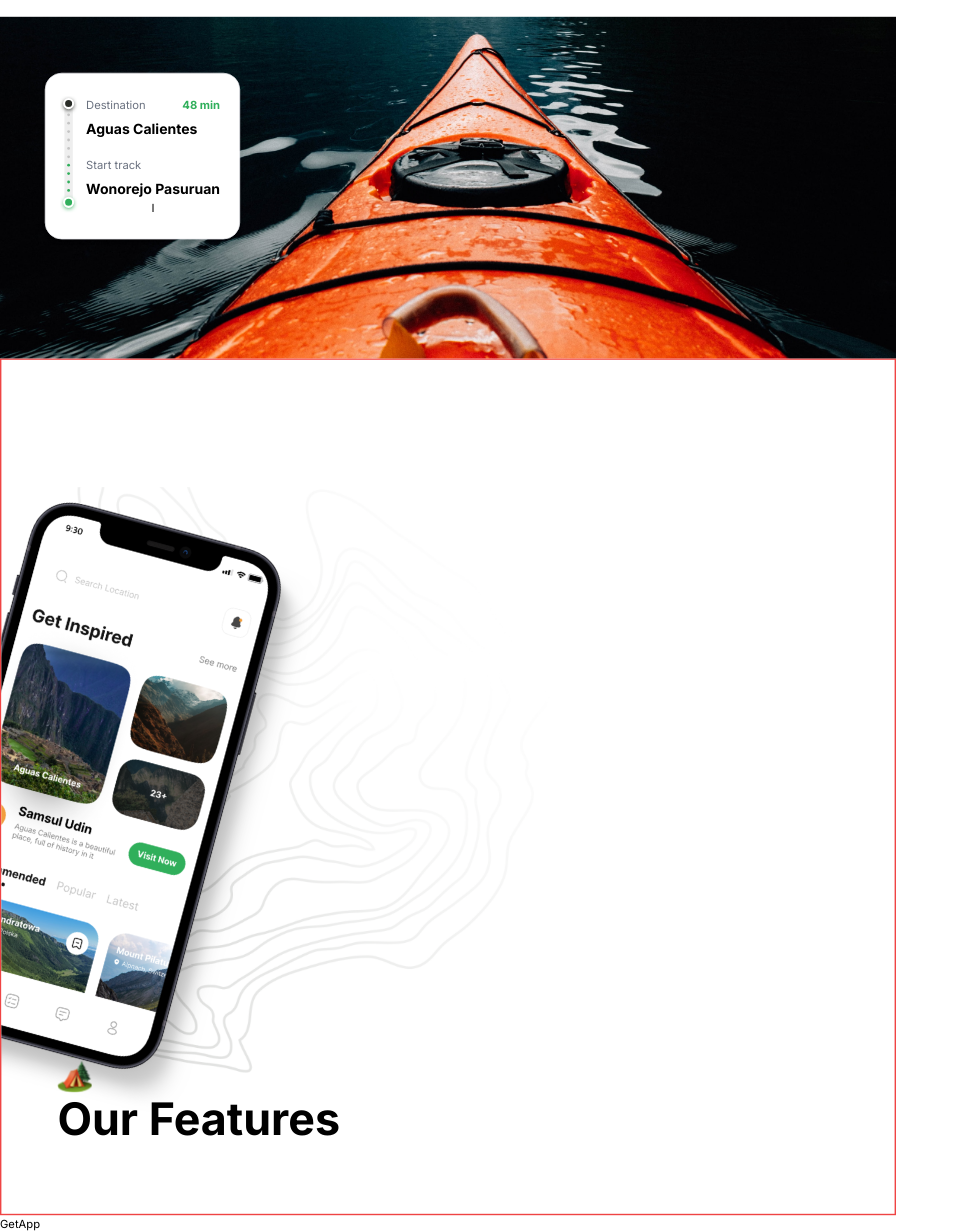
Repository: abdulrahmanmahmood/Travel-App
Page: /
An editor plug-in stored every save of this project. The page is shown before and after a run of saves, followed by the edit.
The browser window is 1280 px wide. The page is 1392 px wide, so the pictures cover 1392 px, including what lies to the right of the window. The pictures show the part of the page from y = 2160 to 3920 px (the page is 3920 px tall before and 3908 px after), at 70% of full size.
The project was rebuilt for these pictures with package versions that can differ from the ones it lists, and the page was loaded fresh each time. The framework's server and built-in components were replaced by stand-ins that run in the browser. Also part of the build but not shown: next.config.js.

Above is the page before, as saved 2023-11-08 11:39:33.

After the next 2 saves:
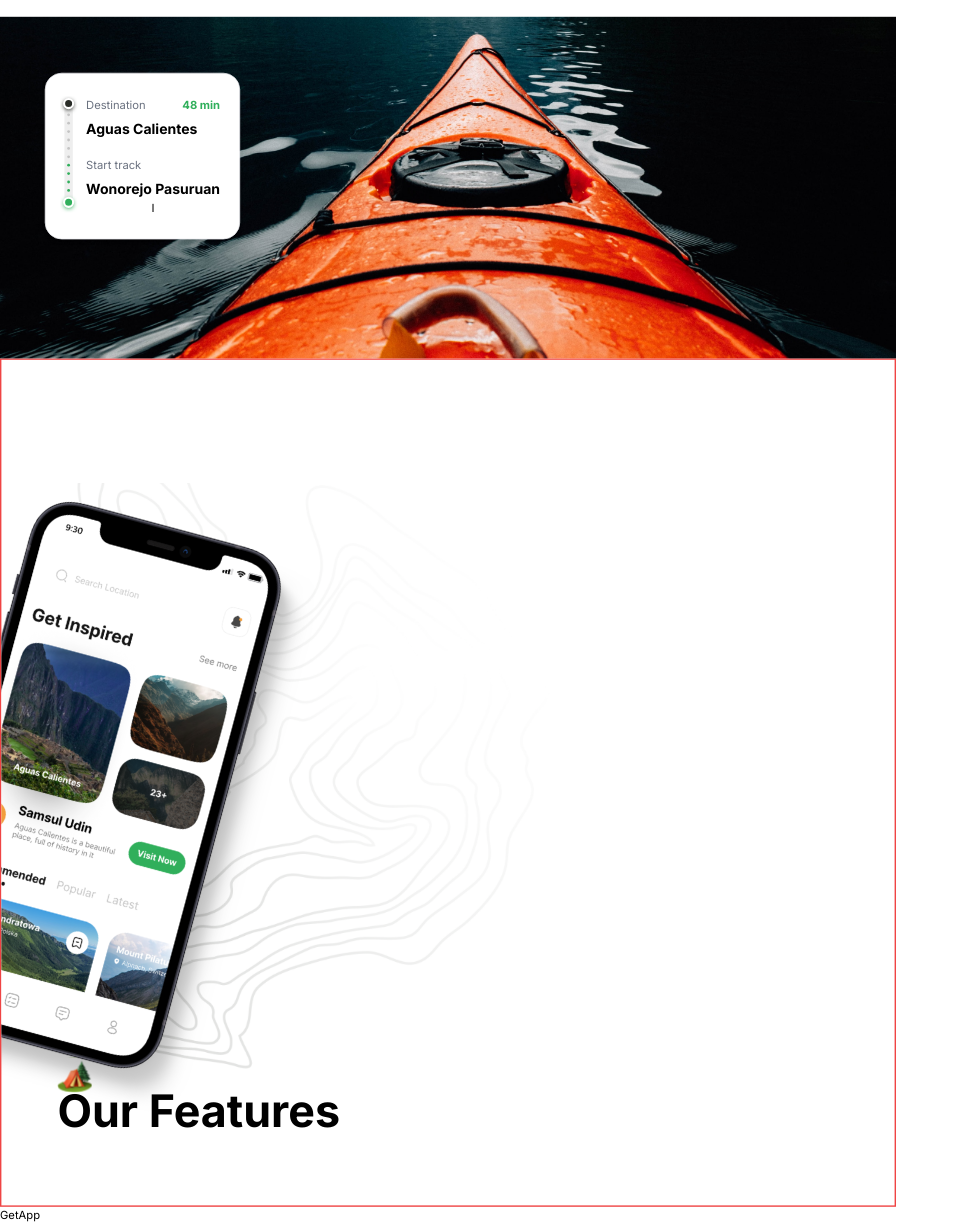
The 2 saves are shown as one change because they came seconds apart.
The last was saved 13 s later.
--- a/components/Features.tsx
+++ b/components/Features.tsx
@@ -11,7 +11,7 @@ function Features() {
         <div className="z-20 flex w-full flex-col  lg:2-[60%]">
           <div className="relative ">
             <Image src='/camp.svg' alt="camp" width={50} height={50}/>
-            <h2 className="bold-40 lg:bold-64 ">Our Features</h2>
+            <h2 className="bold-40 lg:bold-64 -mt-3">Our Features</h2>
           </div>
         </div>
       </div>
